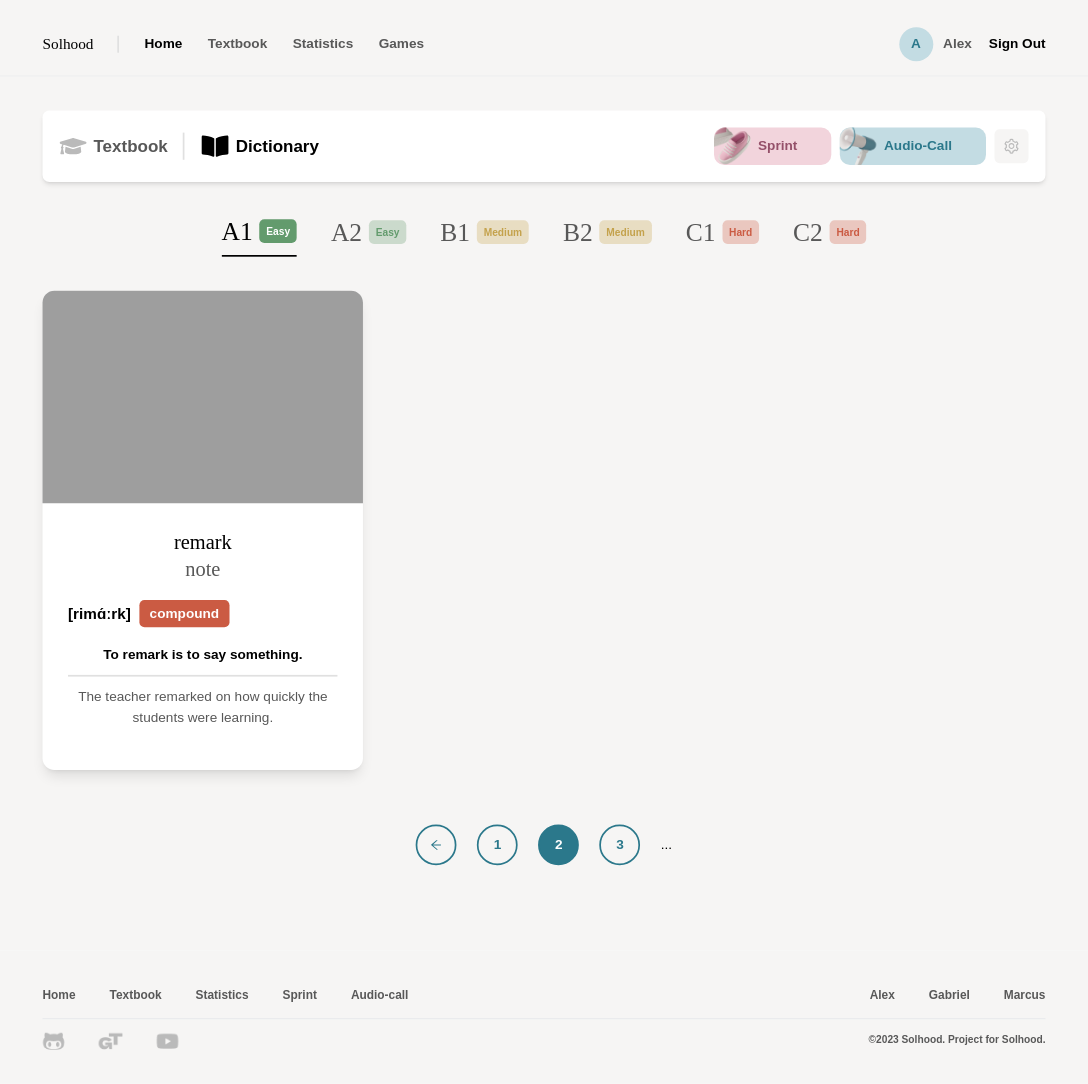
Repository: haudnn/solhood
Page: /textbook
The author's editor kept a copy of each file at every save. The page is drawn from the files as they stood at one save, then again after the next save.
The browser window is 1280 px wide. The pictures show the whole page, at 85% of full size.
Pictures or frames that could not be fetched are drawn as grey boxes. The project was rebuilt for these pictures with package versions that can differ from the ones it lists, and the page was loaded fresh each time. Also part of the build but not shown: src/pages/Home.tsx, src/pages/sprint/Sprint.tsx, src/pages/sprint/Game.tsx, src/pages/sprint/Result.tsx, src/pages/audio/Audio.tsx, src/pages/audio/Game.tsx, src/pages/audio/Result.tsx.

Above is the page before, as saved 2023-01-06 18:39:25.

### public/index.html
<!DOCTYPE html>
<html lang="en">
  <head>
    <meta charset="utf-8" />
    <link rel="icon" href="%PUBLIC_URL%/solanaLogoMark.svg" />
    <meta name="viewport" content="width=device-width, initial-scale=1" />
    <meta name="theme-color" content="#000000" />
    <meta
      name="description"
      content="Web site created using create-react-app"
    />
    <link rel="apple-touch-icon" href="%PUBLIC_URL%/logo192.png" />
    <link rel="manifest" href="%PUBLIC_URL%/manifest.json" />
    <title>Solhood | E-Learning Platform</title>
  </head>
  <body>
    <noscript>You need to enable JavaScript to run this app.</noscript>
    <div id="root"></div>
  </body>
</html>

### src/App.tsx
import "./App.css";
import { BrowserRouter } from 'react-router-dom';
import RouterConfig from './config/RouterConfig';
import Footer from "./components/Layout/Footer";
import Header from "./components/Layout/Header";
function App() {
  return (
    <div className="App font-montserrat">
      <BrowserRouter>
        <Header />
        <RouterConfig/>
        <Footer/>
      </BrowserRouter>
    </div>
  );
}

export default App;

### src/config/RouterConfig.tsx
import React from 'react'
import { Routes, Route } from 'react-router-dom';
import {router} from '../constants';
const RouterConfig = () => {
  return (
    <Routes>
    {router.map(({ path, component }) => (
      <Route key={path} path={path} element={component} />
    ))}
  </Routes>
  )
}

export default RouterConfig

### src/components/Layout/Footer.tsx
import React from "react";
import github from '../../assets/imgs/github.png';
import GT from '../../assets/imgs/GT.png'
import youtube from '../../assets/imgs/youtube.png'
const Footer = () => {
  return (
    <footer>
      <div className="bg-greyligt py-[40px]">
        <div className="app-container">
          <div className="pb-4 border-b border-solid boder-[greymedium]">
            <div className="grid">
              <div className="row">
                <div className="col l-6">
                  <ul className="flex items-center gap-x-10">
                    <li>
                      <a
                        className="text-sm font-semibold text-greydark"
                        href="/"
                      >
                        Home
                      </a>
                    </li>
                    <li>
                      <a
                        className="text-sm font-semibold text-greydark"
                        href="/"
                      >
                        Textbook
                      </a>
                    </li>
                    <li>
                      <a
                        className="text-sm font-semibold text-greydark"
                        href="/"
                      >
                        Statistics
                      </a>
                    </li>
                    <li>
                      <a
                        className="text-sm font-semibold text-greydark"
                        href="/"
                      >
                        Sprint
                      </a>
                    </li>
                    <li>
                      <a
                        className="text-sm font-semibold text-greydark"
                        href="/"
                      >
                        Audio-call
                      </a>
                    </li>
                  </ul>
                </div>
                <div className="col l-6">
                  <ul className="flex items-center justify-end gap-x-10">
                    <li>
                      <a
                        className="text-sm font-semibold text-greydark"
                        href="/"
                      >
                        Alex
                      </a>
                    </li>
                    <li>
                      <a
                        className="text-sm font-semibold text-greydark"
                        href="/"
                      >
                        Gabriel
                      </a>
                    </li>
                    <li>
                      <a
                        className="text-sm font-semibold text-greydark"
                        href="/"
                      >
                        Marcus
                      </a>
                    </li>
                  </ul>
                </div>
              </div>
            </div>
          </div>
          <div className="pt-4">
            <div className="grid">
              <div className="row">
                <div className="col l-6">
                  <ul className="flex items-center gap-x-10">
                    <li>
                      <a href="/">
                        <img src={github} alt="" />
                      </a>
                    </li>
                    <li>
                      <a href="/">
                        <img src={GT} alt="" />
                      </a>
                    </li>
                    <li>
                      <a href="/">
                        <img src={youtube} alt="" />
                      </a>
                    </li>
                  </ul>
                </div>
                <div className="col l-6">
                  <div className="flex items-center justify-end">
                    <span className="text-xs font-semibold text-greydark ">
                      ©2023 Solhood. Project for Solhood.
                    </span>
                  </div>
                </div>
              </div>
            </div>
          </div>
        </div>
      </div>
    </footer>
  );
};

export default Footer;

### src/components/Layout/Header.tsx
import React from "react";

const Header = () => {
  return (
      <header className="py-8 border-b border-solid border-[grey-dark] bg-greyligt max-h-[90px]">
        <div className="app-container">
          <div className="grid">
            <div className="row">
              <div className="col l-6">
                <div className="flex items-center gap-x-[60px] h-full">
                  <div className="line">
                    <a href="/" className="text-lg text-black font-dela">Solhood</a>
                  </div>
                  <div className="">
                    <ul className="flex items-center gap-x-[30px]">
                      <li>
                        <a
                          className="text-base font-semibold text-black"
                          href="/"
                        >
                          Home
                        </a>
                      </li>
                      <li>
                        <a
                          className="text-base font-semibold text-greydark"
                          href="/textbook"
                        >
                          Textbook
                        </a>
                      </li>
                      <li>
                        <a
                          className="text-base font-semibold text-greydark"
                          href="/"
                        >
                          Statistics
                        </a>
                      </li>
                      <li className="relative group">
                        <a
                          className="text-base font-semibold text-greydark"
                          href="/"
                        >
                          Games
                        </a>
                        <div className="z-10 group-hover:block hidden absolute bg-white rounded-xl shadow-lg w-[215px] p-5 top-10 bridge">
                          <ul>
                            <li className="mb-2 text-base font-semibold text-greydark">
                              <a href="/sprint">Sprint</a>
                            </li>
                            <li>
                              <a href="/audio" className="text-base font-semibold text-greydark">Audio call</a>
                            </li>
                          </ul>
                        </div>
                      </li>
                    </ul>
                  </div>
                </div>
              </div>
              <div className="col l-6">
                <div className="flex justify-end">
                  <div className="flex items-center mr-5 gap-x-3">
                    <div className="flex items-center justify-center w-10 h-10 rounded-[50%] bg-cyanlight">
                      <span className="text-base font-semibold text-cyandark">
                        A
                      </span>
                    </div>
                    <span className="text-base font-semibold text-greydark">
                      Alex
                    </span>
                  </div>
                  <div className="flex items-center">
                    <a href="/" className="text-base font-semibold text-black">
                      Sign Out
                    </a>
                  </div>
                </div>
              </div>
            </div>
          </div>
        </div>
      </header>
  );
};

export default Header;

### src/constants/index.ts
import router from "./router"

export {router}

### src/constants/router.tsx
import Home from "../pages/Home";
import Sprint from "../pages/sprint/Sprint";
import SprintGame from "../pages/sprint/Game";
import SprintResult from "../pages/sprint/Result";
import Audio from "../pages/audio/Audio";
import AudioGame from "../pages/audio/Game";
import AudioResult from "../pages/audio/Result";
import TextBook from "../pages/textbook/TextBook";
const router = [
 {
    path: '/',
    component: <Home />,
 },
 {
   path: '/textbook',
   component: <TextBook />,
},
// Audio
 {
  path: '/audio',
  component: <Audio />,
 },
 {
  path: '/audio/game',
  component: <AudioGame />,
 },
 {
  path: '/audio/result',
  component: <AudioResult />,
 },
// Sprint
 {
  path: '/sprint',
  component: <Sprint />,
  },
 {
  path: '/sprint/game',
  component: <SprintGame />,
 },
 {
  path: '/sprint/result',
  component: <SprintResult />,
 },


]
export default router;

### src/pages/textbook/TextBook.tsx
import React, { useState } from "react";
import { FaGraduationCap, FaBookOpen } from "react-icons/fa";
import { AiOutlineSetting } from "react-icons/ai";
import textbookSneaker from ".././../assets/imgs/textbookSneaker.png";
import textbookAudio from ".././../assets/imgs/textbookAudio.png";
import useOnClickOutside from "../../hooks/useClickOutSide";
import {AiOutlineArrowLeft, AiOutlineArrowRight} from 'react-icons/ai'
import WordItem from "./WordItem";
const TextBook = () => {
  const [isSettings, setIsSettings] = useState<Boolean>(false);
  const ref = React.useRef<HTMLDivElement | null>(null);
  useOnClickOutside(ref, () => setIsSettings(false));
  const handleShowSettings = () => {
    setIsSettings((prev) => !prev);
  };
  const [checkedList, setCheckedList] = useState([
    {
      id: 0,
      checked: false,
    },
    {
      id: 1,
      checked: false,
    },
  ]);
  const handleChecked = (e: any) => {
    const { value, checked } = e.target;
    const newList = [...checkedList];
    newList[+value].checked = checked;
    setCheckedList(newList);
  };
  return (
    <div className="pt-10 textbook bg-greyligt pb-[100px]">
      <div className="flex flex-col items-center w-[1180px] m-auto">
        <div className="w-full p-5 bg-white rounded-lg shadow-md ">
          <div className="grid">
            <div className="row">
              <div className="col l-6">
                <div className="flex items-center w-full h-full">
                  <div className="flex items-center justify-center h-8 mr-5 cursor-pointer gap-x-2 line-long before:-right-5">
                    <FaGraduationCap className="w-8 h-full text-greyicon"></FaGraduationCap>
                    <span className="text-xl font-bold leading-8 text-greydark">
                      Textbook
                    </span>
                  </div>
                  <div className="flex items-center justify-center h-8 ml-5 text-black cursor-pointer gap-x-2">
                    <FaBookOpen className="w-8 h-full"></FaBookOpen>
                    <span className="text-xl font-bold leading-8">
                      Dictionary
                    </span>
                  </div>
                </div>
              </div>
              <div className="col l-6">
                <div
                  ref={ref}
                  className="flex items-center justify-end w-full h-full gap-x-[10px] relative "
                >
                  <div className="flex items-center justify-start pr-10 cursor-pointer rounded-xl gap-x-2 bg-pinklight">
                    <img
                      src={textbookSneaker}
                      alt=""
                      className="object-cover"
                    />
                    <span className="text-base font-bold text-pinkdark">
                      Sprint
                    </span>
                  </div>
                  <div className="flex items-center justify-start pr-10 cursor-pointer rounded-xl gap-x-2 bg-cyanlight">
                    <img src={textbookAudio} alt="" className="object-cover" />
                    <span className="text-base font-bold text-cyandark">
                      Audio-Call
                    </span>
                  </div>
                  <div
                    onClick={handleShowSettings}
                    className="flex items-center justify-center w-10 h-10 rounded-md cursor-pointer bg-greyligt"
                  >
                    <AiOutlineSetting className="w-5 h-5 text-greyicon"></AiOutlineSetting>
                  </div>
                  {isSettings && (
                    <div className="absolute p-5 bg-white rounded-[14px] shadow-lg top-14 bridge">
                      <div>
                        <div className="flex items-center gap-x-[10px] mb-1">
                          <input
                            checked={checkedList[0].checked}
                            onChange={handleChecked}
                            type="checkbox"
                            id="0"
                            name="0"
                            value="0"
                          />
                          <label
                            htmlFor="0"
                            className={`font-semibold ${
                              checkedList[0].checked
                                ? "text-black"
                                : "text-[#828282]"
                            }`}
                          >
                            Show words in a list
                          </label>
                        </div>
                        <div className="flex items-center gap-x-[10px] mb-1">
                          <input
                            checked={checkedList[1].checked}
                            onChange={handleChecked}
                            type="checkbox"
                            id="1"
                            name="1"
                            value="1"
                          />
                          <label
                            htmlFor="1"
                            className={`font-semibold ${
                              checkedList[1].checked
                                ? "text-black"
                                : "text-[#828282]"
                            }`}
                          >
                            Display the 'Add' and 'Remove' buttons
                          </label>
                        </div>
                      </div>
                    </div>
                  )}
                </div>
              </div>
            </div>
          </div>
        </div>
        <div className="flex items-center justify-center my-10 gap-x-10">
          <div className="cursor-pointer flex items-center justify-center pb-[10px] gap-x-2 border-b-2 border-solid border-black">
            <span className="text-3xl font-dela">A1</span>
            <div className="px-2 py-[2px] rounded-md bg-greendesign">
              <span className="text-xs font-semibold text-white">Easy</span>
            </div>
          </div>
          <div className="cursor-pointer flex items-center justify-center pb-[10px] gap-x-2">
            <span className="text-3xl font-dela text-greydark">A2</span>
            <div className="px-2 py-[2px] rounded-md bg-secondgreendesign">
              <span className="text-xs font-semibold text-greendesign">
                Easy
              </span>
            </div>
          </div>
          <div className="cursor-pointer flex items-center justify-center pb-[10px] gap-x-2">
            <span className="text-3xl font-dela text-greydark">B1</span>
            <div className="px-2 py-[2px] rounded-md bg-secondyellowdesign">
              <span className="text-xs font-semibold text-yellowdesign">
                Medium
              </span>
            </div>
          </div>
          <div className="cursor-pointer flex items-center justify-center pb-[10px] gap-x-2">
            <span className="text-3xl font-dela text-greydark">B2</span>
            <div className="px-2 py-[2px] rounded-md bg-secondyellowdesign">
              <span className="text-xs font-semibold text-yellowdesign">
                Medium
              </span>
            </div>
          </div>
          <div className="cursor-pointer flex items-center justify-center pb-[10px] gap-x-2">
            <span className="text-3xl font-dela text-greydark">C1</span>
            <div className="px-2 py-[2px] rounded-md bg-secondorangedesign">
              <span className="text-xs font-semibold text-orangedesign">
                Hard
              </span>
            </div>
          </div>
          <div className="cursor-pointer flex items-center justify-center pb-[10px] gap-x-2">
            <span className="text-3xl font-dela text-greydark">C2</span>
            <div className="px-2 py-[2px] rounded-md bg-secondorangedesign">
              <span className="text-xs font-semibold text-orangedesign">
                Hard
              </span>
            </div>
          </div>
        </div>
        <div className={`${checkedList[0].checked ? "w-[926px]" : "w-full"} `}>
          <div className="gird">
            <div className="row">
                <WordItem isList={checkedList[0].checked} isShowButtons={checkedList[1].checked}/>
            </div>
          </div>
        </div>
        <div className="flex items-center justify-center pt-10 gap-x-6">
          <div className="w-[48px] h-[48px] flex items-center justify-center rounded-[50%] border-2 border-solid border-cyandark text-cyandark">
              <AiOutlineArrowLeft className="text-base font-bold"></AiOutlineArrowLeft>
          </div>
          <div className="w-[48px] h-[48px] flex items-center justify-center rounded-[50%] border-2 border-solid border-cyandark text-cyandark">
              <span className="text-base font-bold">1</span>
          </div>
          <div className="w-[48px] h-[48px] flex items-center justify-center rounded-[50%] border-2 border-solid border-cyandark text-white bg-cyandark">
              <span className="text-base font-bold">2</span>
          </div>
          <div className="w-[48px] h-[48px] flex items-center justify-center rounded-[50%] border-2 border-solid border-cyandark text-cyandark">
              <span className="text-base font-bold">3</span>
          </div>
          <div>
            <span>...</span>
          </div>
        </div>
      </div>
    </div>
  );
};

export default TextBook;

### src/hooks/useClickOutSide.ts
import {useEffect} from 'react'

const useOnClickOutside = (ref:any, handler:any) => {
    useEffect(() => {
        const listener = (event:any) => {
          if (!ref.current || ref.current.contains(event.target)) {
            return;
          }
          handler(event);
        };
        document.addEventListener("mousedown", listener);
        document.addEventListener("touchstart", listener);
        return () => {
          document.removeEventListener("mousedown", listener);
          document.removeEventListener("touchstart", listener);
        };
      },
      [ref, handler]
    );
  }
export default useOnClickOutside

Loaded but not shown: src/index.tsx (common file); src/App.css (common file); tailwind.config.js (33 lines, source omitted); src/index.css (729 lines, source omitted); src/pages/textbook/WordItem.tsx (114 lines, source omitted)

After the next save:
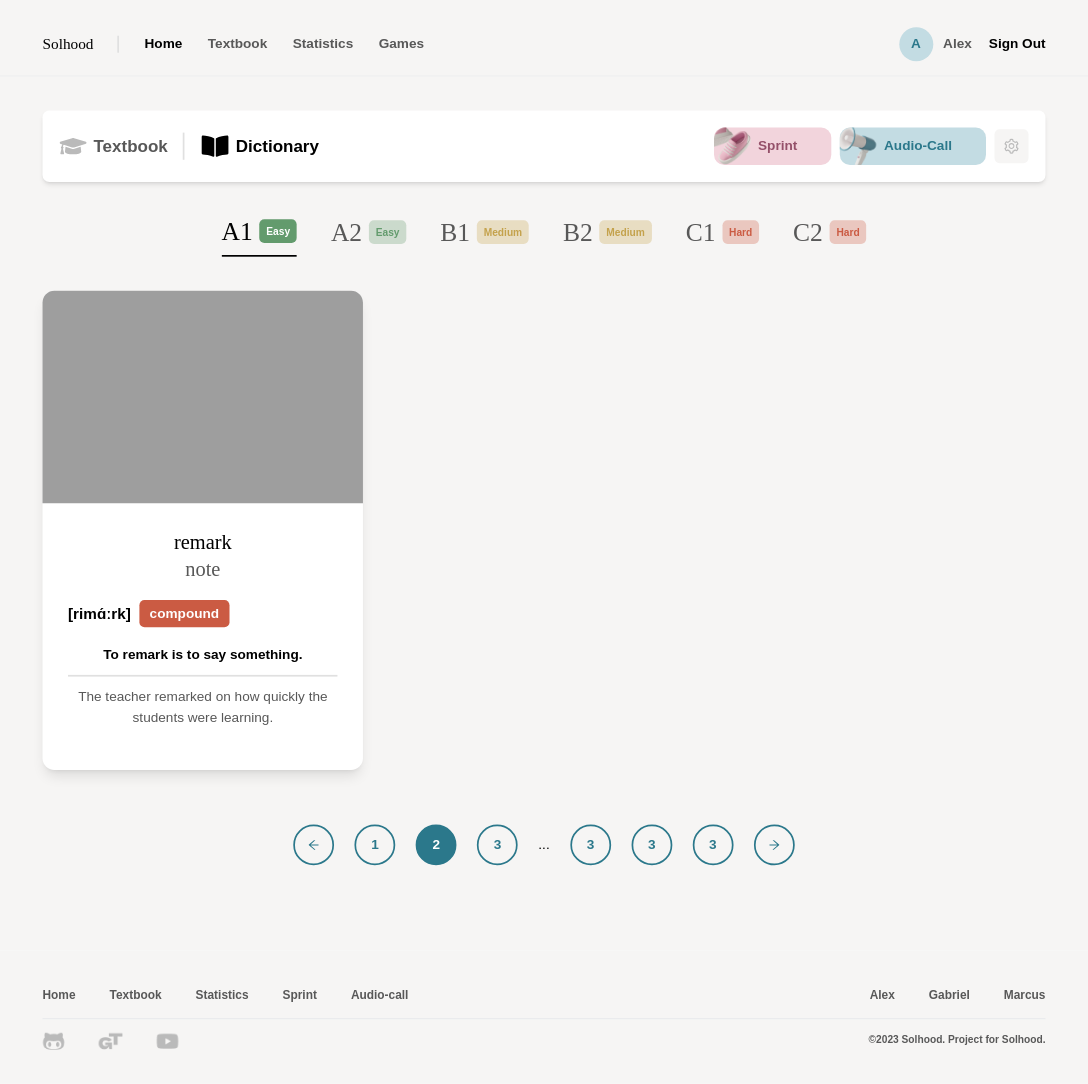
Saved 40 s later.
--- a/src/pages/textbook/TextBook.tsx
+++ b/src/pages/textbook/TextBook.tsx
@@ -200,6 +200,18 @@ const TextBook = () => {
           <div>
             <span>...</span>
           </div>
+          <div className="w-[48px] h-[48px] flex items-center justify-center rounded-[50%] border-2 border-solid border-cyandark text-cyandark">
+              <span className="text-base font-bold">3</span>
+          </div>
+          <div className="w-[48px] h-[48px] flex items-center justify-center rounded-[50%] border-2 border-solid border-cyandark text-cyandark">
+              <span className="text-base font-bold">3</span>
+          </div>
+          <div className="w-[48px] h-[48px] flex items-center justify-center rounded-[50%] border-2 border-solid border-cyandark text-cyandark">
+              <span className="text-base font-bold">3</span>
+          </div>
+          <div className="w-[48px] h-[48px] flex items-center justify-center rounded-[50%] border-2 border-solid border-cyandark text-cyandark">
+              <AiOutlineArrowRight className="text-base font-bold"></AiOutlineArrowRight>
+          </div>
         </div>
       </div>
     </div>
